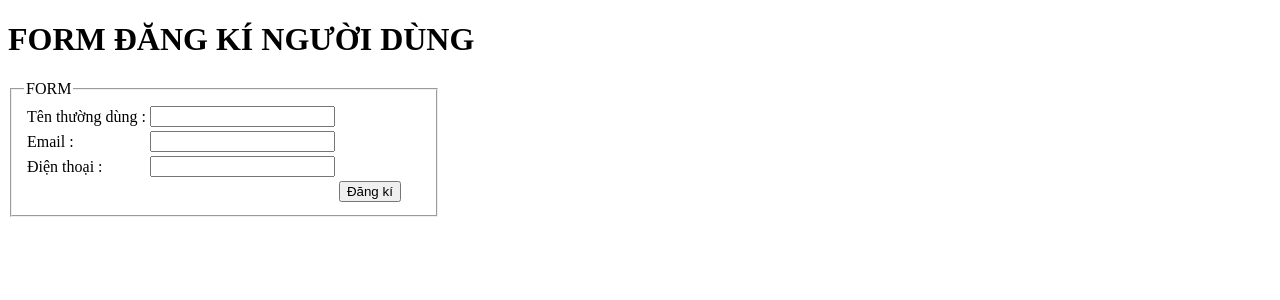
Repository: NGUYEN112/Module2
Page: http://localhost/
These files come from the project's save history. The page is drawn as it stood at one moment and after the next save; the edit follows.
The browser window is 1280 px wide. The pictures show the whole page.
The page is run by PHP 8.4 with error messages shown; the project is at /var/www/html/.

Above is the page before, as saved 2021-01-18 15:45:32.

After the next save:
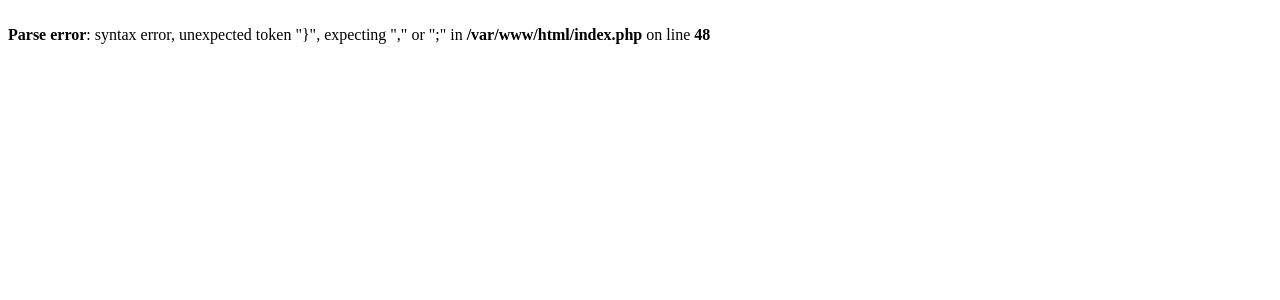
Saved 17 s later.
--- a/bai12-json/index.php
+++ b/bai12-json/index.php
@@ -44,8 +44,8 @@
            }
        }catch (Exception $e){
             return $e->getMessage();
+            echo $e
        }
-       echo $e;
        if (filter_var($email, FILTER_VALIDATE_EMAIL)=== false) {
         //    echo "Nhập sai định dạng email";
        }

After the save that followed:
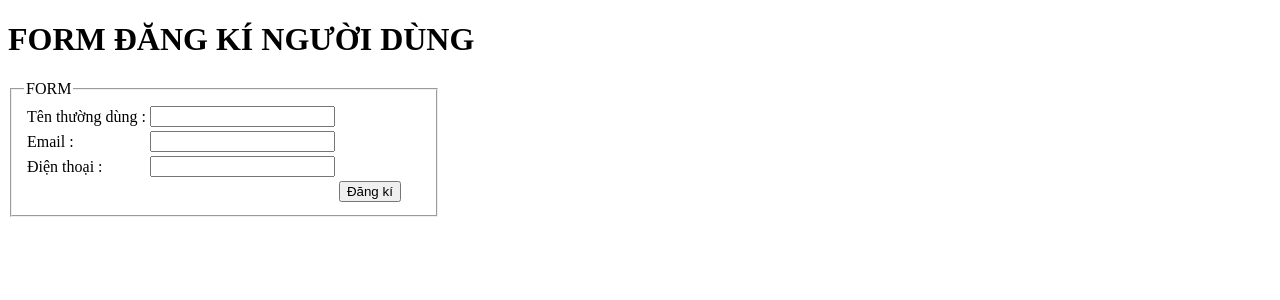
Saved 7 s later.
--- a/bai12-json/index.php
+++ b/bai12-json/index.php
@@ -44,7 +44,7 @@
            }
        }catch (Exception $e){
             return $e->getMessage();
-            echo $e
+            echo $e;
        }
        if (filter_var($email, FILTER_VALIDATE_EMAIL)=== false) {
         //    echo "Nhập sai định dạng email";
